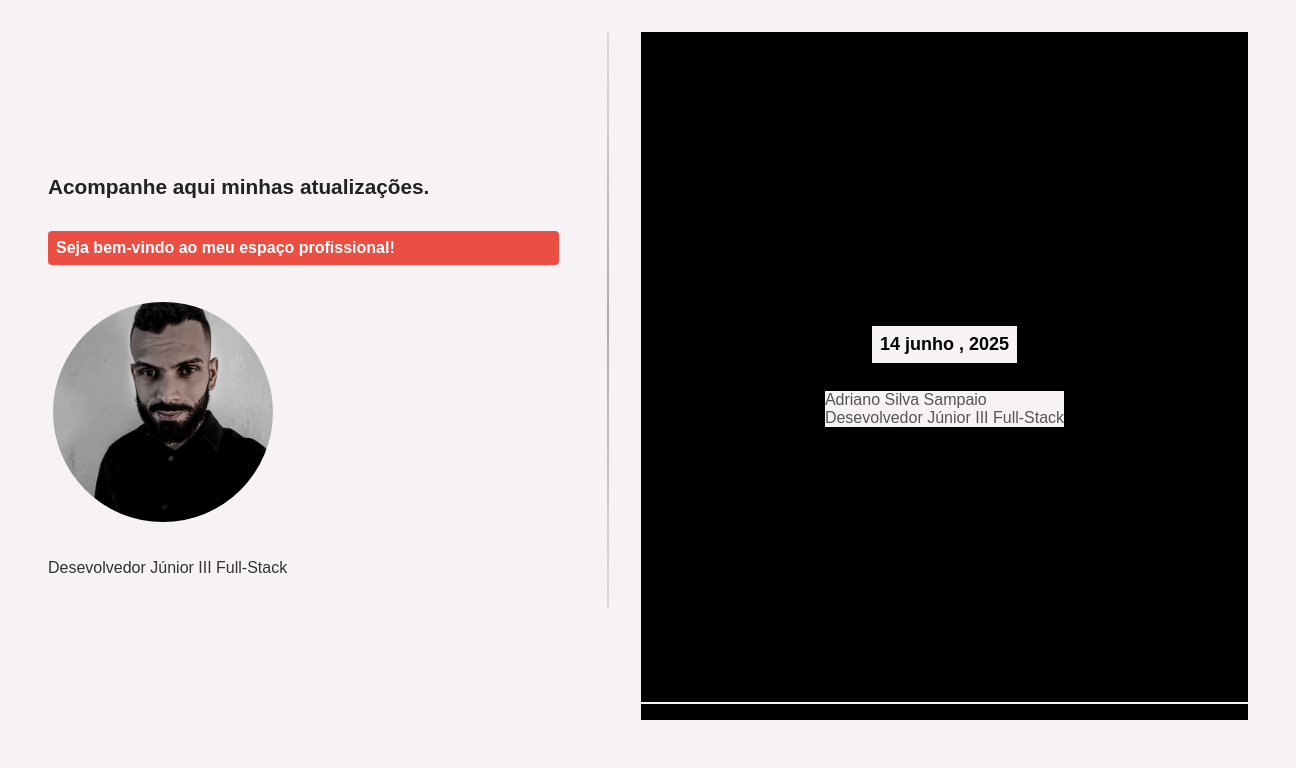
Repository: umdevadriano/portifolio2025
Page: /
The author's editor kept a copy of each file at every save. The page is drawn from the files as they stood at one save, then again after the next save.
The browser window is 1280 px wide. The page is 1296 px wide, so the pictures cover 1296 px, including what lies to the right of the window. The pictures show the whole page.
The project was rebuilt for these pictures with package versions that can differ from the ones it lists, and the page was loaded fresh each time. Also part of the build but not shown: vite.config.ts.

Above is the page before, as saved 2025-06-22 19:06:01.

### index.html
<!doctype html>
<html lang="en">
  <head>
    <meta charset="UTF-8" />
    <!-- <link rel="icon" type="image/svg+xml" href="/vite.svg" /> -->
    <meta name="viewport" content="width=device-width, initial-scale=1.0" />
    <title>Adriano Silva Sampaio </title>
  </head>
  <body>
    <div id="root"></div>
    <script type="module" src="/src/main.tsx"></script>
  </body>
</html>

### src/App.tsx
import './App.css'
import ContainerPrincipal from './componentes/containerPrincipal/ContainerPrincipal'
function App() {
  return (
    <>
      <ContainerPrincipal/>
    </>
  )
}

export default App

### src/componentes/containerPrincipal/ContainerPrincipal.tsx
import styled, { createGlobalStyle } from 'styled-components';
import Body from '../Body/Body';
import Footer from '../Footer/Footer';
const data = new Date();
const ano = data.getFullYear();
function ContainerPrincipal() {
  const GlobalStyle = createGlobalStyle`
    *, *::before, *::after {
    box-sizing: border-box;
    background-color: #f7f2f6;
    margin: 1rem;
  }

    html, body {
      margin: 0;
      padding: 0;
      overflow-x: hidden;
      width: 100%;
    }
  `;

  const Principal = styled.div`
    display: flex;
    justify-content: center;
    width: 100%;
    height: 100vh;
    font-family: 'Arial', sans-serif;
    overflow: hidden;
    margin: 0;
    padding: 0;

    @media (max-width: 768px) {
      display: flex;
      flex-direction: column;
      justify-items: center;
      justify-content: center;
      align-items: center;
    }

  /* @media (max-width: 480px) {
    width: 0px;
    height: 0px;
  } */
  `;
  return (
    <>
      <GlobalStyle />
      <Principal>
        <Body/>
      </Principal>
      <Footer>Desenvolvimento de Software<br />© {ano} Adriano Silva Sampaio</Footer>
    </>
  )
}
export default ContainerPrincipal

### src/componentes/Body/Body.tsx
import Principal from '../Principal/Principal';
import Title from '../Title/Title';
import Banner from '../Banner/Banner';
import ProfileWrapper from '../ProfileWrapper/ProfileWrapper';
import Profile from '../Profile/Profile';
import Role from '../Role/Role';
import Divider from '../Divider/Divider';
import RightSide from '../RightSide/RightSide';
import DateComponente from '../DateComponente/DateComponente';
import Description from '../Description/Description';
const data = new Date();
const dia = String(data.getDate()).padStart(2, '0');
const mes = data.toLocaleString('pt-BR', { month: 'long' });
const ano = data.getFullYear();

function Cabecalho() {
  return (
    <>
      <Principal>
        <Title>Acompanhe aqui minhas atualizações.</Title>
        <Banner>Seja bem-vindo ao meu espaço profissional!</Banner>
        <ProfileWrapper>
          <Profile/>
        </ProfileWrapper>
        <Role> Desevolvedor Júnior III Full-Stack </Role>
      </Principal>
      <Divider />
      <RightSide>
        <DateComponente>{dia}  {mes} , {ano} </DateComponente>
        <Description>
          Adriano Silva Sampaio<br />
          Desevolvedor Júnior III Full-Stack
        </Description>
      </RightSide>
    </>
  )
}
export default Cabecalho

### src/componentes/Footer/Footer.tsx
import styled from 'styled-components';

type Props = {
  children: React.ReactNode;
};

function Footer({ children }: Props){

    const FooterP = styled.p`
        font-size: 12px;
        color: #999;
        margin-top: auto;
    `;
    const FooterDiv = styled.div`
       display: flex;
       justify-content: left;
       align-items: center;
    `;
    return (
        <>
            <FooterDiv>
                {/* <FooterP>{children}</FooterP> */}
            </FooterDiv>
        </>
    )
}

export default Footer

### src/componentes/Principal/Principal.tsx
import styled from 'styled-components';

type Props = {
  children: React.ReactNode;
};

function Principal({ children }: Props){

    const Principal_div = styled.div`
        flex: 1;
        display: flex;
        flex-direction: column;
        justify-content: center;
    `;
    return (
        <>
        <Principal_div>  {children}</Principal_div>
        </>
    )
}

export default Principal

### src/componentes/Title/Title.tsx
import styled from 'styled-components';

type Props = {
  children: React.ReactNode;
};

function Title({ children }: Props){

    const TitleH2 = styled.h2`
        font-size: 1.3rem;
        margin-bottom: 1rem;
        color: #222;

        @media (max-width: 768px) {
          margin-top: 5rem;
        }
  `;
    return (
        <>
        <TitleH2>{children}</TitleH2>
        </>
    )
}

export default Title

### src/componentes/Banner/Banner.tsx
import styled from 'styled-components';

type Props = {
  children: React.ReactNode;
};

function Banner({ children }: Props){

    const BannerDiv = styled.div`
        background-color: #eb4f44;
        color: white;
        padding: 0.5rem;
        font-weight: bold;
        font-size: 16px;
        display: inline-block;
        border-radius: 4px;
    `;
    return (
        <>
        <BannerDiv>{children}</BannerDiv>
        </>
    )
}

export default Banner

### src/componentes/ProfileWrapper/ProfileWrapper.tsx
import styled from 'styled-components';

type Props = {
  children: React.ReactNode;
};

function ProfileWrapper({ children }: Props){

  // Wrapper da imagem com efeito de borda girando
  const ProfileWrapperDiv = styled.div`
    position: relative;
    width: 230px;
    height: 230px;
    display: flex;
    align-items: center;
    margin-top:1rem;
    justify-content: center;
  `;

    return (
        <>
        <ProfileWrapperDiv>{children}</ProfileWrapperDiv>
        </>
    )
}

export default ProfileWrapper

### src/componentes/Profile/Profile.tsx
import styled from 'styled-components';
import foto from '../assets/foto2.png'

function Profile(){

    const ProfileImg = styled.img`
        width: 220px;
        height: 220px;
        border-radius: 50%;
        object-fit: cover;
        background-color: white;
        z-index: 1;
        filter: grayscale(60%) contrast(110%);
        @media (max-width: 768px) {
            width: 200px;
            height: 200px;
        }
        @media (max-width: 480px) {
            width: 200px;
            height: 200px;
        }
    `;
    return (
        <>
        <ProfileImg src={foto} alt="Foto de perfil"></ProfileImg>
        </>
    )
}

export default Profile

### src/componentes/Role/Role.tsx
import styled from 'styled-components';

type Props = {
  children: React.ReactNode;
};

function Role({ children }: Props){
    const RoleP = styled.p`
        font-size: 16px;
        font-weight: 500;
        color: #333;
    `;
    return (
        <>
        <RoleP>{children}</RoleP>
        </>
    )
}
export default Role

### src/componentes/Divider/Divider.tsx
import styled from 'styled-components';

function Divider(){

    const DividerDiv = styled.div`
        width: 2px;
        height: 80%;
        background: linear-gradient(
            to bottom,
            rgba(0, 0, 0, 0.1),
            rgba(0, 0, 0, 0.3),
            rgba(0, 0, 0, 0.1)
        );
        border-radius: 1px;
        position: relative;
        overflow: hidden;
        &::after {
            content: "";
            position: absolute;
            top: 0;
            left: 0;
            width: 100%;
            height: 100%;
            background: linear-gradient(
                to bottom,
                transparent 40%,
                rgba(255, 255, 255, 0.7) 50%,
                transparent 60%
            );
                animation: shine 3.8s linear infinite;
                pointer-events: none;
         }

        @keyframes shine {
            0% {
            transform: translateY(-100%);
            }
            100% {
            transform: translateY(100%);
            }
        }
    `;
    return (
        <>
        <DividerDiv></DividerDiv>
        </>
    )
}

export default Divider

### src/componentes/RightSide/RightSide.tsx
import styled from 'styled-components';
type Props = {
  children: React.ReactNode;
};

function RightSide({ children }: Props){
    const RightSideDiv = styled.div`
        flex: 1;
        padding: 32px;
        display: flex;
        flex-direction: column;
        justify-content: center;
        align-items: center;
        background-color: black;
    `;

    return (
        <>
        <RightSideDiv>{children}</RightSideDiv>
        </>
    )
}

export default RightSide

### src/componentes/DateComponente/DateComponente.tsx
import styled from 'styled-components';
type Props = {
  children: React.ReactNode;
};
function Date({ children }: Props){
    const DateP = styled.p`
        font-size: 18px;
        font-weight: bold;
        margin-bottom: 12px;
        padding: 0.5rem;
    `;
    return (
        <>
        <DateP>{children}</DateP>
        </>
    )
}
export default Date

### src/componentes/Description/Description.tsx
import styled from 'styled-components';
type Props = {
  children: React.ReactNode;
};
function Description({ children }: Props){
const DescriptionP = styled.p`
  font-size: 16px;
  color: #555;
  /* position: relative; */

  &::after {
    content: "";
    position: absolute;
    left: 0;
    bottom: 0;
    width: 100%;
    height: 2px;
    border-radius: 1px;
    overflow: hidden;
  }

  &::before {
    content: "";
    position: absolute;
    left: 0;
    bottom: 0;
    width: 9%;
    height: 2px;
       background: linear-gradient(
      to right,
      rgba(0, 0, 0, 0.1),
      rgba(0, 0, 0, 0.3),
      rgba(0, 0, 0, 0.1)
    );
    animation: shine 5.5s linear infinite alternate;
    border-radius: 1px;
    pointer-events: none;
  }

  @keyframes shine {
    0% {
      transform: translateX(-10%);
    }
    100% {
      transform: translateX(200%);
    }
  }
`;
    return (
        <>
        <DescriptionP>{children}</DescriptionP>
        </>
    )
}
export default Description

Loaded but not shown: src/main.tsx (common file); src/App.css (no stored copy; drawn as an empty file); src/index.css (no stored copy; drawn as an empty file)

After the next save:
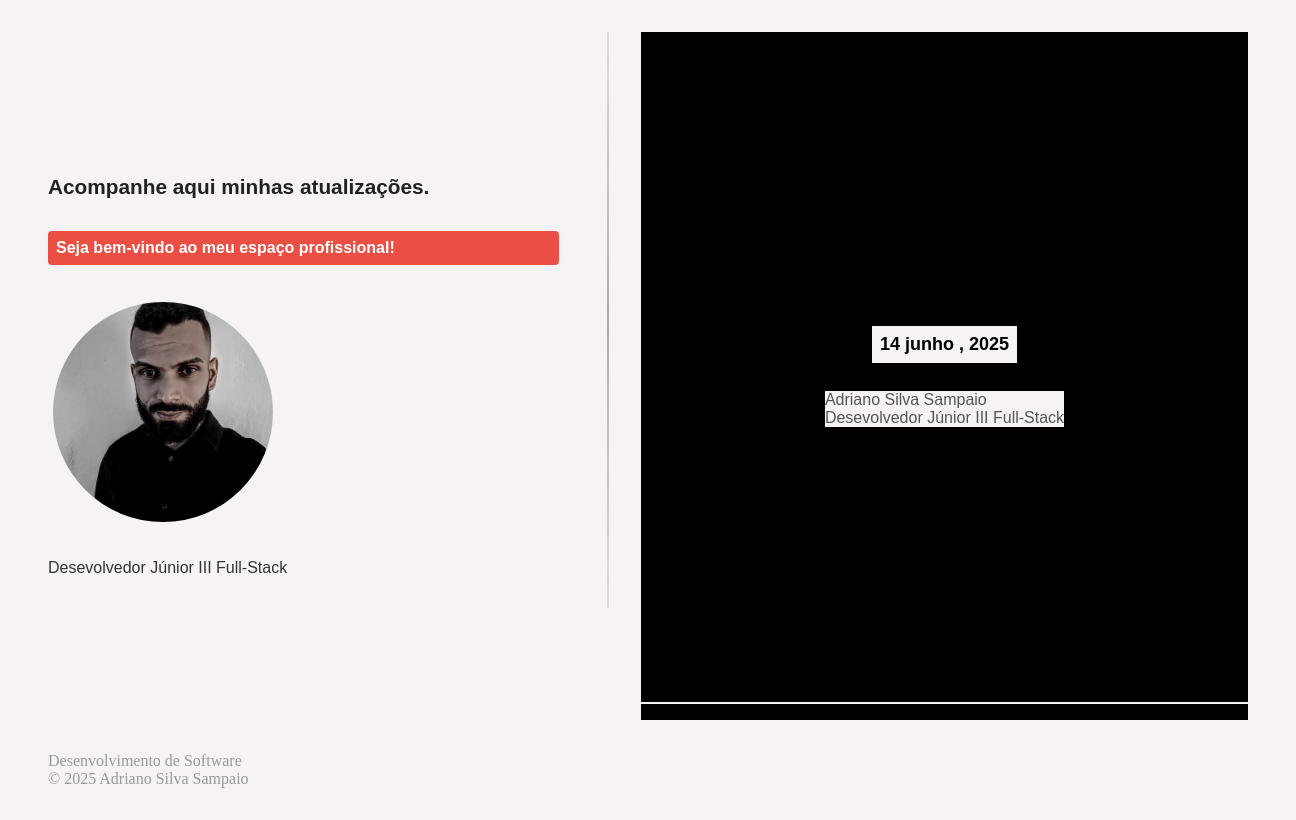
Saved 26 s later.
--- a/src/componentes/Footer/Footer.tsx
+++ b/src/componentes/Footer/Footer.tsx
@@ -7,7 +7,7 @@ type Props = {
 function Footer({ children }: Props){
 
     const FooterP = styled.p`
-        font-size: 12px;
+        font-size: 1rem;
         color: #999;
         margin-top: auto;
     `;
@@ -19,7 +19,7 @@ function Footer({ children }: Props){
     return (
         <>
             <FooterDiv>
-                {/* <FooterP>{children}</FooterP> */}
+                <FooterP>{children}</FooterP>
             </FooterDiv>
         </>
     )
